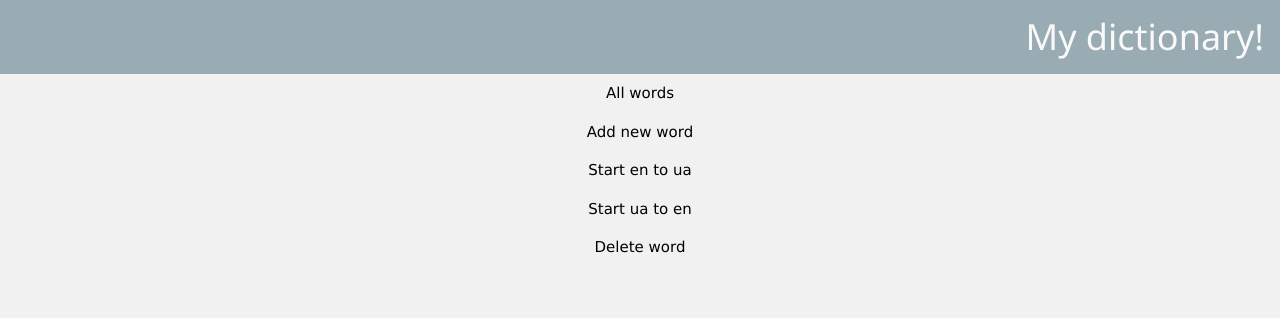
Repository: OleksandrDoskaliukKN313/IIC
Page: WebDictionary/WebContent/index.html
The author's editor kept a copy of each file at every save. The page is drawn from the files as they stood at one save, then again after the next save.
The browser window is 1280 px wide. The pictures show the whole page.

Above is the page before, as saved 2020-10-12 10:01:30.

### WebDictionary/WebContent/index.html
<!DOCTYPE html>
<html>
<head>
<meta charset="UTF-8">
<title>Insert title here</title>
<link rel="stylesheet" href="w3.css">
</head>
<body class="w3-light-grey">
<div class="w3-container w3-blue-grey w3-opacity w3-right-align">
        <h1>My dictionary!</h1>
    </div>
    <div class="w3-container w3-center">       <!-- content -->
        <div class=" w3-flex">    <!-- buttons holder -->
            <button class="w3-btn w3-hover-green w3-round-large" onclick="location.href='allWords'">All words</button>
            <button class="w3-btn w3-hover-green w3-round-large" onclick="location.href='addWord'">Add new word</button>
            <button class="w3-btn w3-hover-green w3-round-large" onclick="location.href='en_ua'">Start en to ua</button>
            <button class="w3-btn w3-hover-green w3-round-large" onclick="location.href='ua_en'">Start ua to en</button>
            <button class="w3-btn w3-hover-green w3-round-large" onclick="location.href='deleteWord'">Delete word</button>
        </div>
    </div>
</body>
</html>

Loaded but not shown: WebDictionary/WebContent/w3.css (library)

After the next save:
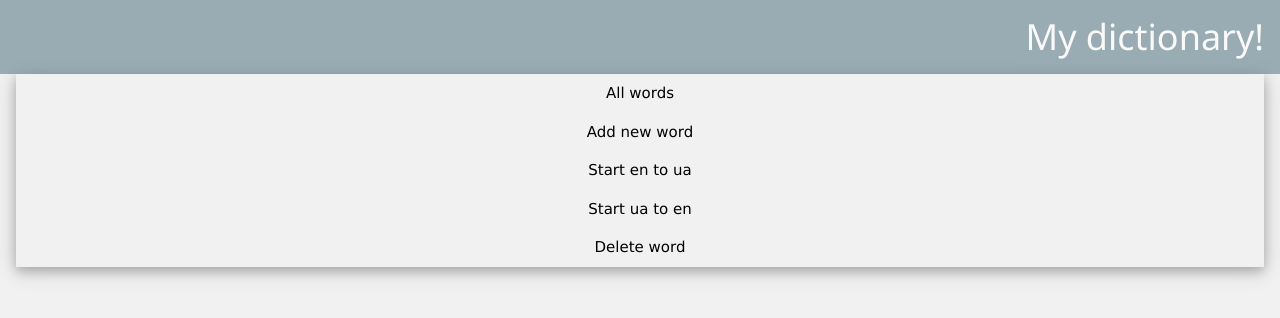
Saved 9 s later.
--- a/WebDictionary/WebContent/index.html
+++ b/WebDictionary/WebContent/index.html
@@ -10,7 +10,7 @@
         <h1>My dictionary!</h1>
     </div>
     <div class="w3-container w3-center">       <!-- content -->
-        <div class=" w3-flex">    <!-- buttons holder -->
+        <div class="w3-card-4 w3-flex">    <!-- buttons holder -->
             <button class="w3-btn w3-hover-green w3-round-large" onclick="location.href='allWords'">All words</button>
             <button class="w3-btn w3-hover-green w3-round-large" onclick="location.href='addWord'">Add new word</button>
             <button class="w3-btn w3-hover-green w3-round-large" onclick="location.href='en_ua'">Start en to ua</button>

After the save that followed:
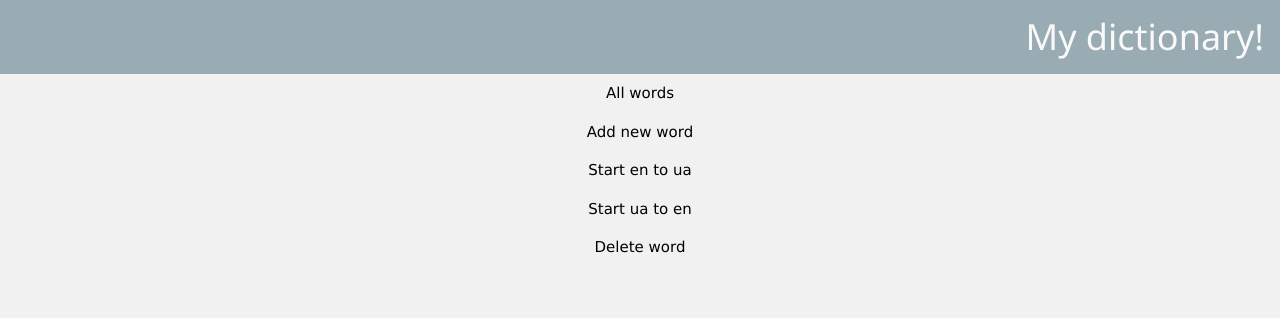
Saved 12 s later.
--- a/WebDictionary/WebContent/index.html
+++ b/WebDictionary/WebContent/index.html
@@ -10,7 +10,7 @@
         <h1>My dictionary!</h1>
     </div>
     <div class="w3-container w3-center">       <!-- content -->
-        <div class="w3-card-4 w3-flex">    <!-- buttons holder -->
+        <div class="w3-card-1 w3-flex">    <!-- buttons holder -->
             <button class="w3-btn w3-hover-green w3-round-large" onclick="location.href='allWords'">All words</button>
             <button class="w3-btn w3-hover-green w3-round-large" onclick="location.href='addWord'">Add new word</button>
             <button class="w3-btn w3-hover-green w3-round-large" onclick="location.href='en_ua'">Start en to ua</button>
